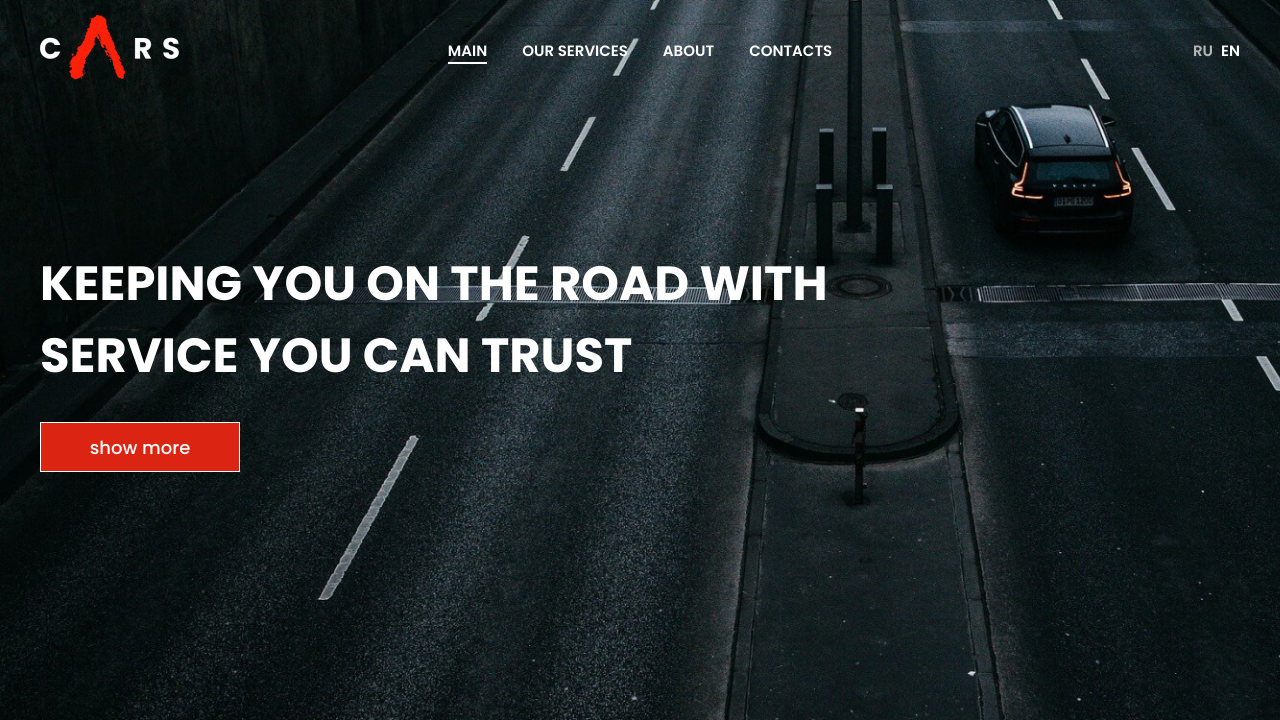
Repository: Earn1ll/car_repair
Page: index.html
An editor plug-in stored every save of this project. The page is shown before and after the next save, followed by the edit.
The browser window is 1280 px wide. The pictures show the whole page.

Above is the page before, as saved 2022-09-18 15:43:13.

### index.html
<!DOCTYPE html>
<html lang="en">
<head>
    <meta charset="UTF-8">
    <meta http-equiv="X-UA-Compatible" content="IE=edge">
    <meta name="viewport" content="width=device-width, initial-scale=1.0">
    <title>car repair</title>
    <link rel="stylesheet" href="css/style.css">
</head>
<body>
    <header class="header">
        <div class="container">
            <div class="header__wrapper">
                <div class="header__block">
                    <a href="/" class="header__logo">
                        <img src="img/logo.png" alt="logo">
                    </a>
                </div>

                <nav class="nav">
                    <a href="#" class="nav__link active">Main</a>
                    <a href="#" class="nav__link">Our services</a>
                    <a href="#" class="nav__link">About</a>
                    <a href="#" class="nav__link">Contacts</a>
                </nav>

                <div class="header__block">
                    <div class="header__lng">
                        <a href="#" class="header__lng-link ">ru</a>
                        <a href="#" class="header__lng-link active">en</a>
                    </div>
                </div>

            </div>
        </div>
    </header>

    <section class="intro">
        <div class="container">
            <div class="intro__content">
                <div class="intro__block">
                    <h1 class="intro__title">
                        KEEPING YOU ON THE ROAD WITH
                        SERVICE YOU CAN TRUST
                    </h1>
                    <a href="#" class="btn">show more</a>
                </div>
            </div>
        </div>
    </section>

    <section class="info">
        <div class="container"></div>
    </section>
</body>
</html>

### css/style.css
@import url('https://fonts.googleapis.com/css2?family=Poppins:wght@400;500:600;700;800;900&display=swap');

*,*::before,::after {
    box-sizing: border-box;
}
body {
    margin: 0;
    font-family: 'Poppins', sans-serif;
    font-size: 15px;
}

h1,h2,h3,h4,h5,h6 {
    margin: 0;
}

.container {
    width: 1200px;
    margin: 0 auto;
}
.btn {
    display: inline-flex;
    align-items: center;
    justify-content: center;
    color: #fff;
    height: 50px;
    font-size: 18px;
    text-decoration: none;
    font-weight: 500;
    background-color: #DB2512;
    border: 1px solid;
    min-width: 200px;
    padding: 11px 15px;
    transition: background-color .2s ease;
}

.btn:hover {
    background-color: #991203;
}



/* header start working */
.header {
    width: 100%;
    position: absolute;
    top: 0;
    left: 0;
    z-index: 3;
}

.header__wrapper {
    height: 100px;
    display: flex;
    justify-content: space-between;
    align-items: center;
}

.header__block {
    width: 20%;
}

.header__logo {
    display: inline-block;
}

.header__logo img {
    height: 65px;
}

.nav {
    display: flex;
}

.nav__link {
    margin-right: 35px;
    color: #fff;
    text-transform: uppercase;
    text-decoration: none;
    font-weight: 600;
    position: relative;
}

.nav__link::after {
    width: 100%;
    height: 2px;
    background-color: #fff;
    position: absolute;
    top: 100%;
    left: 0;
    content: '';
    opacity: 0;
    transition: opacity .2s ease;

}

.nav__link:last-child {
    margin-right: 0;
}

.nav__link:hover::after {
    opacity: 1;
}

.nav__link.active::after {
    opacity: 1;
}

.header__lng {
    display: flex;
    justify-content: flex-end;

}

.header__lng-link {
    margin-right: 8px;
    text-transform: uppercase;
    text-decoration: none ;
    font-weight: 600;
    color: #b7b7b7;
    transition: color .2s ease;
}

.header__lng-link:hover {
    color: #fff;
}

.header__lng-link:last-child {
    margin-right: 0;
}

.header__lng-link.active {
    color: #fff;
}
/* header end working */
/* intro start working */

.intro {
    background: url('../img/intro_bg.jpg') no-repeat;
    background-size: cover;
    position: relative;
}

.intro::after {
    width: 100%;
    height: 100%;
    position: absolute;
    top: 0;
    left: 0;
    background-color: #000;
    opacity: .2;
}

.intro__content {
    height: 100vh ;
    background: no-repeat;
    display: flex;
    align-items: center;
    position: relative;
    z-index: 2;
}

.intro__block {

}

.intro__title {
    max-width: 790px;
    font-size: 48px;
    font-weight: 700;
    color: #fff;
    line-height: 1.5;
    margin-bottom: 30px;

}
/* intro end working */

After the next save:
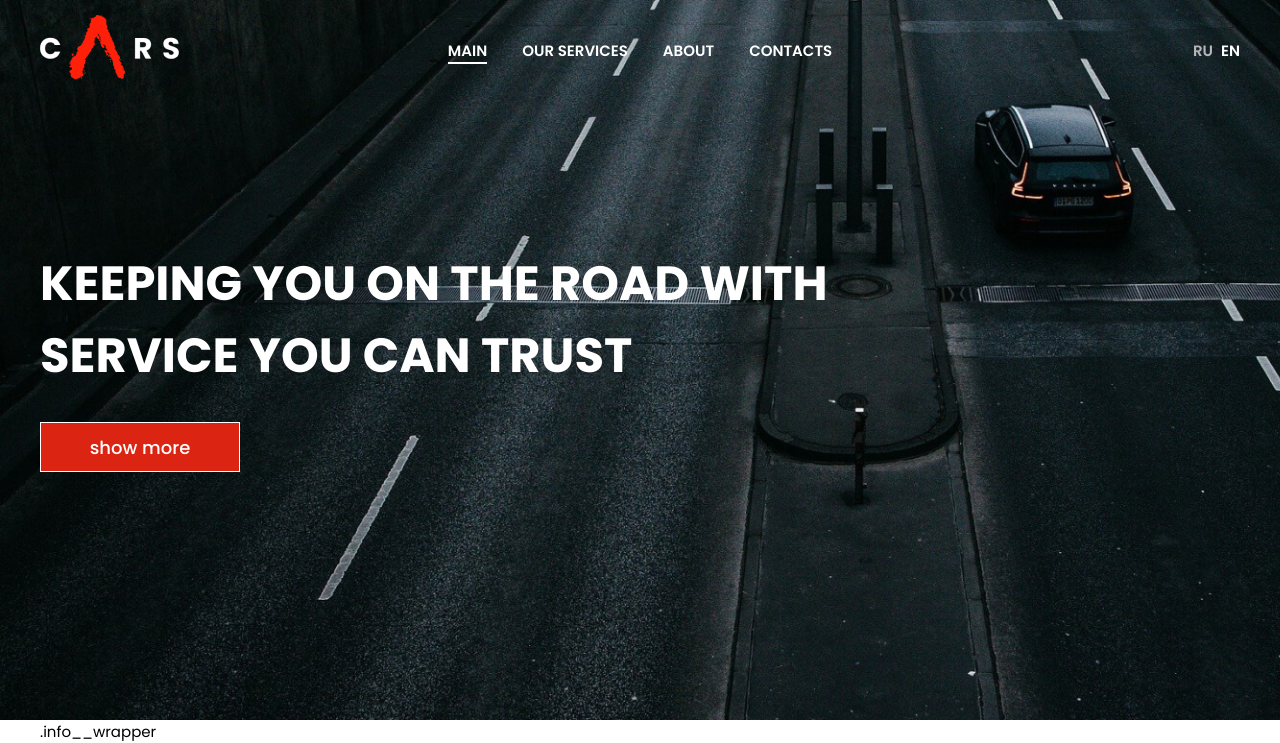
Saved 9 s later.
--- a/index.html
+++ b/index.html
@@ -50,7 +50,9 @@
     </section>
 
     <section class="info">
-        <div class="container"></div>
+        <div class="container">
+            .info__wrapper
+        </div>
     </section>
 </body>
 </html>

After the save that followed:
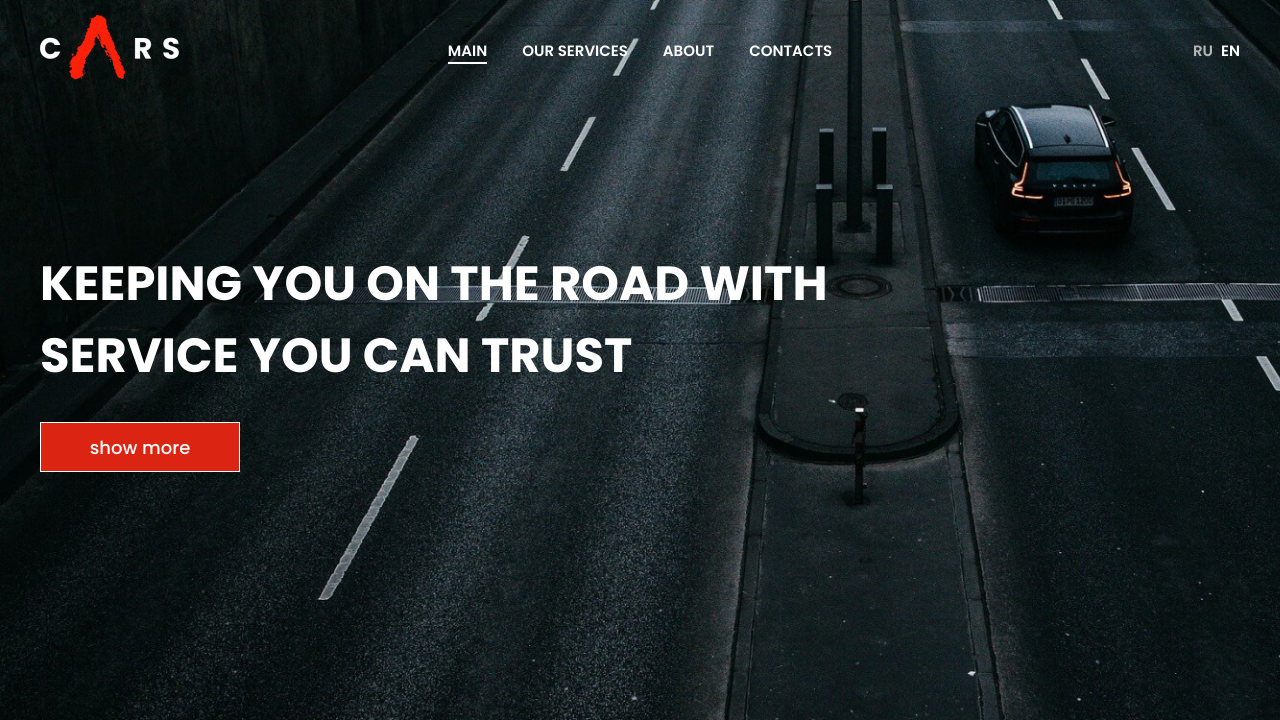
Saved 5 s later.
--- a/index.html
+++ b/index.html
@@ -51,7 +51,9 @@
 
     <section class="info">
         <div class="container">
-            .info__wrapper
+            <div class="info__wrapper">
+
+            </div>
         </div>
     </section>
 </body>
